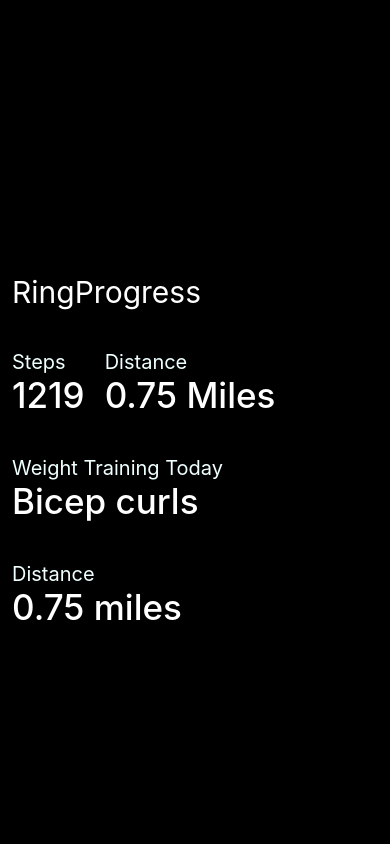
Repository: JamesPesenti/JiMTracker
Screen: /
An editor plug-in stored every save of this project. The screen is shown before and after the next save, followed by the edit.
The app was drawn by React Native's web renderer in a window 390 px wide. The project was rebuilt for these pictures with package versions that can differ from the ones it lists, and the page was loaded fresh each time.

Above is the screen before, as saved 2023-06-16 13:26:27.

### App.tsx
import { StatusBar } from 'expo-status-bar';
import { StyleSheet, Text, View } from 'react-native';
import Value from "./src/components/Value"
import RingProgress from './src/components/RingProgress';



export default function App() {
  return (
    <View style={styles.container}>
      <Text>JIMtracker</Text>
      <RingProgress />
       <View style={{flexDirection: "row", gap: 20}}>
          <Value label="Steps" value="1219" />
          <Value label="Distance" value="0.75 Miles" />
       </View>
          {/* Training */}
           <View>
              <Text style={styles.label}>Weight Training Today</Text>
              <Text style={styles.amount}>Bicep curls</Text>
           </View>

        <View style={{flexDirection: 'row'}}>
          {/* new */}
          <View>
              <Text style={styles.label}>Distance</Text>
              <Text style={styles.amount}>0.75 miles</Text>
          </View>
        </View>
      <StatusBar style="auto" />
    </View>
  );
}

const styles = StyleSheet.create({
  container: {
    flex: 1,
    backgroundColor: 'black',
    justifyContent: 'center',
    padding: 12,
    marginHorizontal: 0,
    gap: 40,
  },
  label: {
    color: "azure",
    fontSize: 20,
  },
  amount: {
    color: "white",
    fontSize: 35,
    fontWeight: "500"
  }
});

### src/components/Value.tsx
import { StyleSheet, Text, View } from 'react-native';

type ValueProps = {
  label: string;
  value: string;
}

const Value = ({ label, value }: ValueProps) => {
  return (
    <>
     <View>
      <Text style={styles.label}>{label}</Text>
      <Text style={styles.amount}>{value}</Text>
     </View>
    </>
  )
}

export default Value

const styles = StyleSheet.create({
   label: {
      color: "azure",
      fontSize: 20,
    },
    amount: {
      color: "white",
      fontSize: 35,
      fontWeight: "500"
    }
})

### src/components/RingProgress.tsx
import { StyleSheet, Text, View } from 'react-native'
import React from 'react'

const RingProgress = () => {
  return (
    <View>
      <Text style={{fontSize: 30, color: "white"}}>RingProgress</Text>
    </View>
  )
}

export default RingProgress

const styles = StyleSheet.create({})

After the next save:
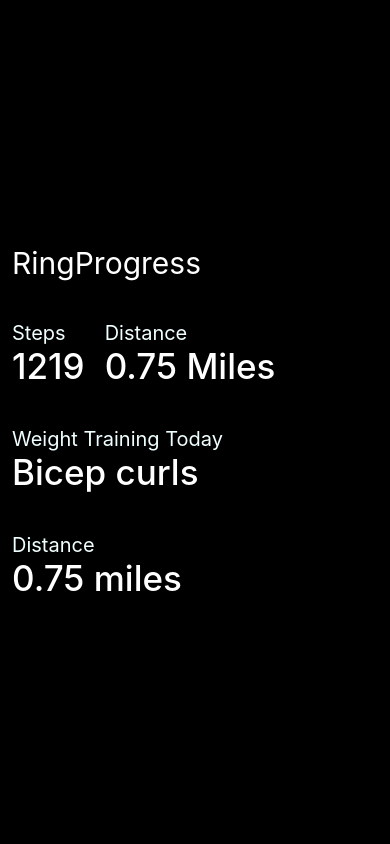
Saved 21 s later.
--- a/App.tsx
+++ b/App.tsx
@@ -8,8 +8,7 @@ import RingProgress from './src/components/RingProgress';
 export default function App() {
   return (
     <View style={styles.container}>
-      <Text>JIMtracker</Text>
-      <RingProgress />
+       <RingProgress />
        <View style={{flexDirection: "row", gap: 20}}>
           <Value label="Steps" value="1219" />
           <Value label="Distance" value="0.75 Miles" />
